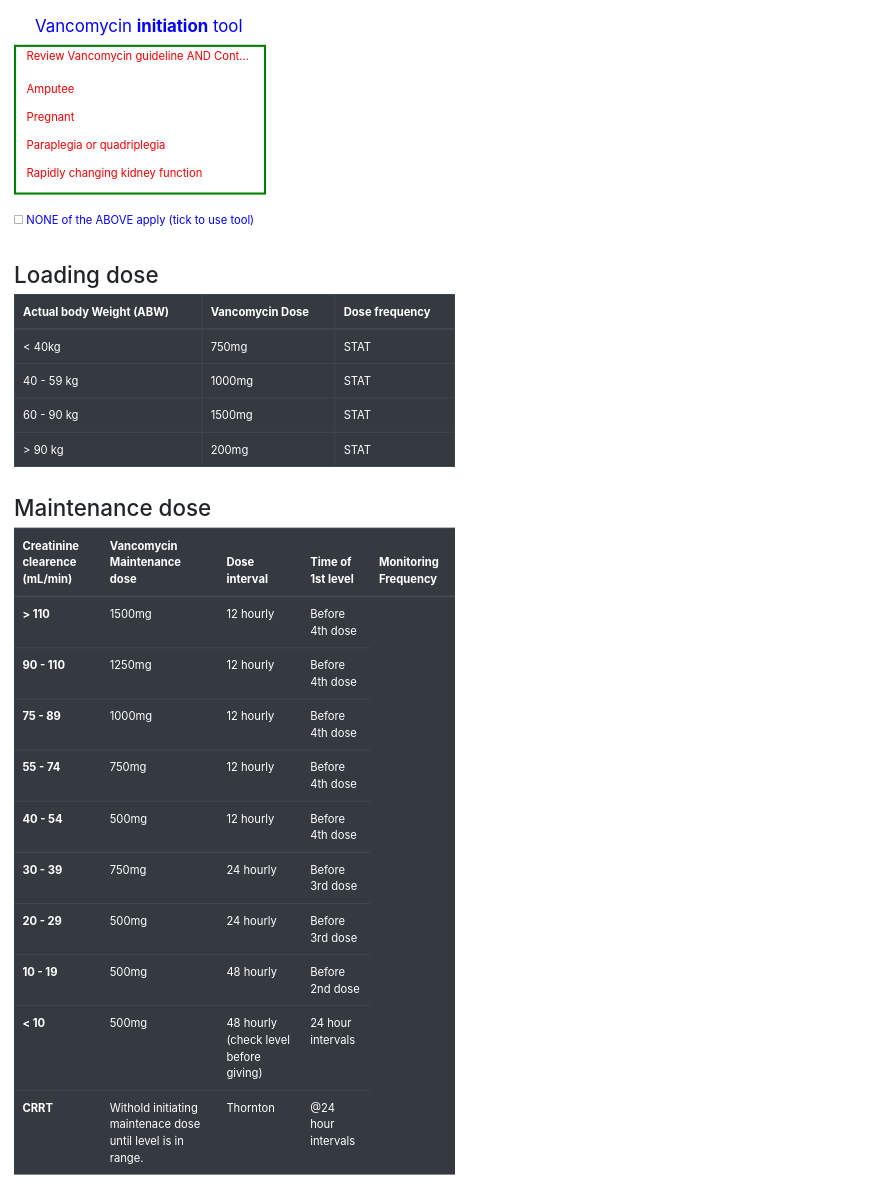
Repository: Mismiles/project-clinical-calculator
Page: index.html
The author's editor kept a record of every edit. The page is drawn from the files as they stood at one moment, then again after the next edit.
The browser window is 1280 px wide. The pictures show the whole page, at 70% of full size.

Above is the page before.

After the next edit:
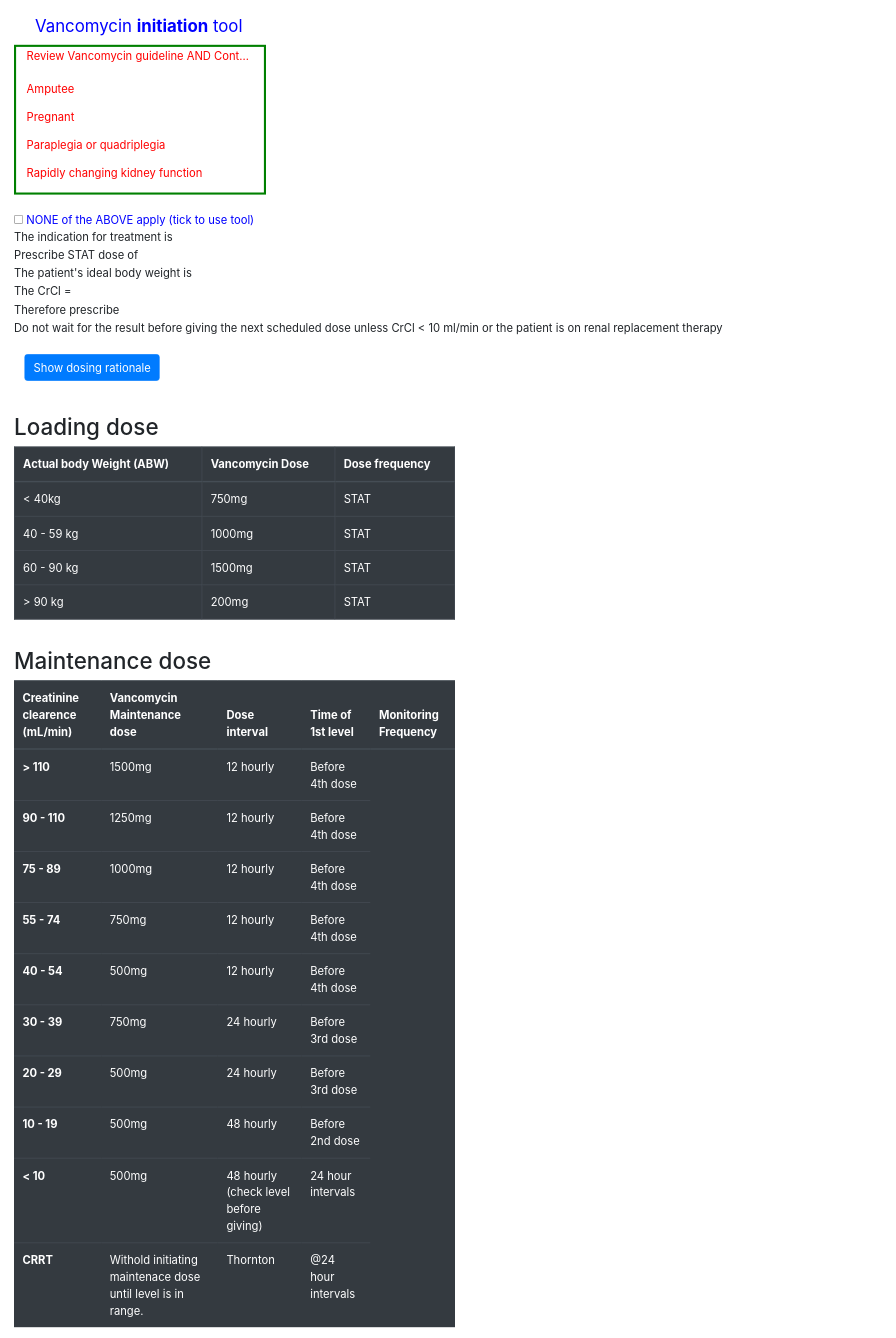
The edit:
--- a/css/stylesheet.css
+++ b/css/stylesheet.css
@@ -29,7 +29,7 @@
 }
 
 #dosingAdvice{
-  display: none;
+  display: block;
 }
 
 #bmi_calc{
